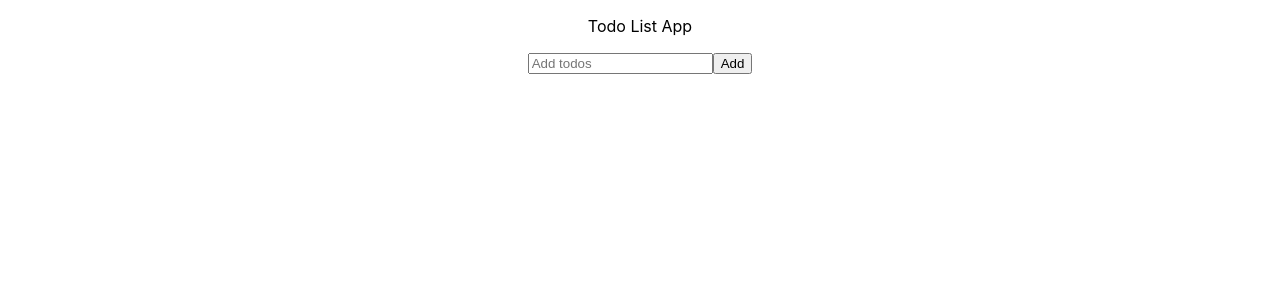
Repository: JohnKang0720/Simple-Todo-List
Page: /
An editor plug-in stored every save of this project. The page is shown before and after the next save, followed by the edit.
The browser window is 1280 px wide. The pictures show the whole page.
The project was rebuilt for these pictures with package versions that can differ from the ones it lists, and the page was loaded fresh each time.

Above is the page before, as saved 2021-05-24 11:22:20.

After the next save:
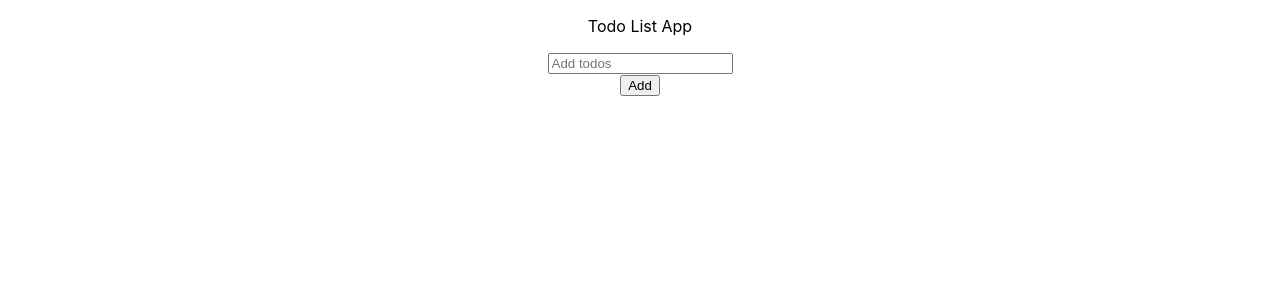
Saved 19 s later.
--- a/src/TodoList.js
+++ b/src/TodoList.js
@@ -13,8 +13,9 @@ function TodoList() {
         <div>
            <form  className = "todo-form" style = {style}>
                <input type = "text" placeholder = "Add todos"  />
-               <button onClick = {onsubmit} > Add </button>
+
            </form>
+           <button onClick = {onsubmit} > Add </button>
         </div>
     )
 }
